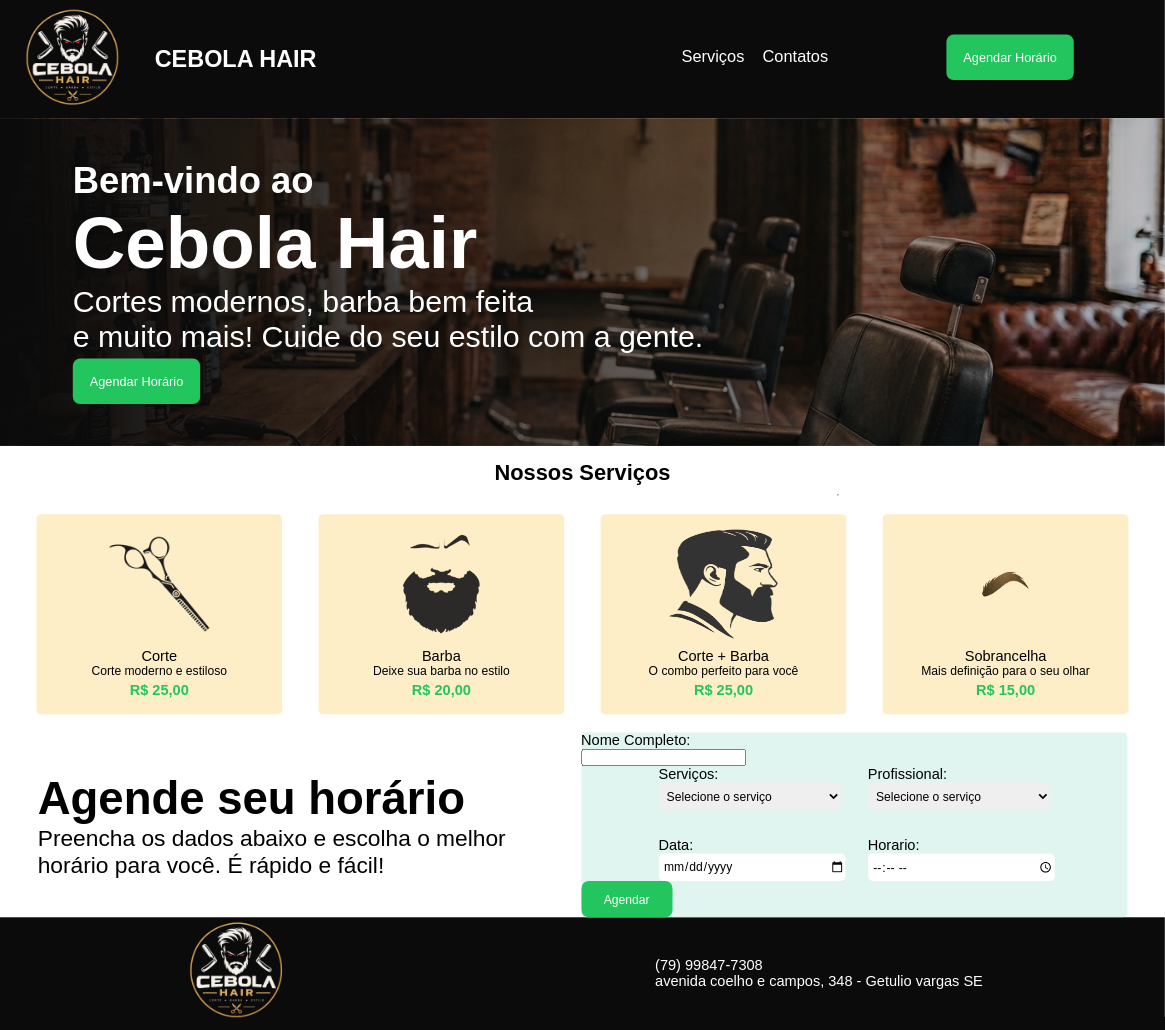
Repository: antonymsantana-design/final.activitie1
Page: index.html
An editor plug-in stored every save of this project. The page is shown before and after a run of saves, followed by the edit.
The browser window is 1280 px wide. The pictures show the whole page, at 91% of full size.

Above is the page before, as saved 2026-09-15 19:48:16.

### index.html
<!doctype html>
<html lang="pt-br">
  <head>
    <meta charset="UTF-8" />
    <meta name="viewport" content="width=device-width, initial-scale=1.0" />
    <title>Cebola Hair</title>
    <link rel="stylesheet" href="style.css" />
    <script src="../final.activitie1/script.js" defer></script>
  </head>
  <header>
    <div class="conteudoH" id="conteudoH">
      <div class="imagem" id="imagem">
        <img
          src="image/logoC.png"
          alt="logo"
          class="logoIMG"
          id="logoIMG"
        />
        <h3 class="logoH">CEBOLA HAIR</h3>
      </div>
      <div class="direitaH">
        <div class="links" id="links">
          <a href="#" class="aLinks">Serviços</a>
          <a href="#" class="aLinks">Contatos</a>
        </div>
        <div class="btnDiv" id="btnDiv">
          <button class="btn" id="btn">
            <div class="btnTxt" id="btnTxt">
              <p>Agendar Horário</p>
            </div>
          </button>
        </div>
      </div>
    </div>
  </header>

  <body>
    <div class="conteudo">
      <div class="texto">
        <h4>Bem-vindo ao</h4>
        <h1>Cebola Hair</h1>
        <small
          >Cortes modernos, barba bem feita <br />
          e muito mais! Cuide do seu estilo com a gente.</small
        >
        <button class="btn" id="btn">
          <div class="btnTxt" id="btnTxt">
            <p>Agendar Horário</p>
          </div>
        </button>
      </div>
    </div>

    <h2 class="Our">Nossos Serviços</h2>
    <hr />

    <div class="cards">
      <div class="card">
        <img src="image/corte.webp" alt="tisora" class="icone" />
        <p>Corte</p>
        <small>Corte moderno e estiloso</small>
        <h4>R$ 25,00</h4>
      </div>
      <div class="card">
        <img src="image/barba(png).png" alt="tisora" class="icone" />
        <p>Barba</p>
        <small>Deixe sua barba no estilo</small>
        <h4>R$ 20,00</h4>
      </div>
      <div class="card">
        <img src="image/barba+corte(png).png" alt="tisora" class="icone" />
        <p>Corte + Barba</p>
        <small>O combo perfeito para você</small>
        <h4>R$ 25,00</h4>
      </div>
      <div class="card">
        <img
          src="image/Design sem nome.png"
          alt="tisora"
          class="icone"
        />
        <p>Sobrancelha</p>
        <small>Mais definição para o seu olhar</small>
        <h4>R$ 15,00</h4>
      </div>
    </div>

    <div class="agendar" id="agendar">
      <div class="esq">
        <h1>Agende seu horário</h1>
        <p>
          Preencha os dados abaixo e escolha o melhor <br />
          horário para você. É rápido e fácil!
        </p>
      </div>

      <div class="form">
        <label for="nome">Nome Completo:</label><br/>
        <input type="text" name="nome" id="nome" /><br/>

         <div class="quadrado">
        <div class="1">
          <label for="serv">Serviços:</label>
          <select name="serv" id="serv" class="formu">
            <option value="">Selecione o serviço</option>
            <option value="corte">Corte</option>
            <option value="barba">Barba</option>
            <option value="cort+barba">Corte + Barba</option>
            <option value="sobrancelha">Sobrancelha</option>
          </select>
          </div>

          <div class="2">
            <label for="prof">Profissional:</label>
            <select name="prof" id="prof" class="formu">
              <option value="">Selecione o serviço</option>
              <option value="cebola">Cebola</option>
            </select>
            </div>
            <div class="3">
              <label for="data">Data:</label> <br>
              <input type="date" name="data" id="data" class="formu"/>
            </div>
            <div class="4">
              <label for="hora">Horario:</label> <br>
              <input type="time" name="hora" id="hora" class="formu"/>
            </div>
          </div>
           <button type="button" class="agendarbtn">Agendar</button>
          </div>
      </div>
    </div>
  </body>
  <footer>
    <div class="direita">
      <img
        src="image/logoC.png"
        alt="logo"
        class="logoIMG"
        id="logoIMG"
      />
    </div>

    <div class="esquerda">
      <p>(79) 99847-7308</p>
      <p>avenida coelho e campos, 348 - Getulio vargas SE</p>
    </div>
  </footer>
</html>

### style.css
* {
    padding: 0px;
    margin: 0px;
    font-family: Arial, Helvetica, sans-serif;
}

header {
    background-color: #0B0B0B;
    height: 130px;
}

small {
    padding-bottom: 5px;
}

.conteudoH {
    display: flex;
    justify-content: space-between;
    padding-right: 100px;
    align-items: center;
}

.imagem {
    margin-left: 20px;
    margin-top: 5px;
    display: flex;
    justify-content: center;
    align-items: center;
    gap: 30px;
    font-weight: 600;
    font-size: 22px;
}

.logoIMG {
    width: 120px;
    height: 120px;
    cursor: pointer;
}

.logoH {
    color: white;

}

.links {
    display: flex;
    gap: 20px;
    justify-content: center;
    padding-right: 130px;
    font-size: 18px;
}

.links a {
    text-decoration: none;
    color: white;
    transition: 0.5s ease;
}

.aLinks:hover {
    transform: translateY(-5px);
    box-shadow: 0 4px 10px rgba(0, 0, 0, 0.15);
    background-color: #F0C56A;
    color: #F5F5F5;
    border-radius: 5px;
    width: 120px;
    height: 30px;
    display: flex;
    justify-content: center;
    align-items: center;
}

.btnDiv {
    display: flex;
}

.btn {
    display: flex;
    justify-content: center;
    width: 140px;
    height: 50px;
    background-color: #22C55E;
    border: none;
    color: white;
    align-items: center;
    border-radius: 8px;
    transition: 0.3s ease;
    cursor: pointer;
    font-size: 14px;
}

.btn:hover {
    transform: translateY(-5px);
    box-shadow: 0 8px 15px rgba(0, 0, 0, 0.4);
}

.direitaH {
    display: flex;
    justify-content: center;
    align-items: center;
}

.conteudo {
    background-image: url(image/Gemini_Generated_Image_hbetqjhbetqjhbet.jpg);
    background-repeat: no-repeat;
    background-size: cover;
    background-position: center;
    height: 50vh;
    color: white;
}

.texto {
    padding-left: 80px;
    font-size: 40px;
    display: flex;
    flex-direction: column;
    justify-content: center;
    height: 50vh;
    background: linear-gradient(to right, #0B0B0B, #15151531);

}

.card {
    background-color: #FDEEC7;
    width: 270px;
    height: 220px;
    display: flex;
    flex-direction: column;
    justify-content: center;
    align-items: center;
    border-radius: 5px;
}

.cards {
    display: flex;
    justify-content: center;
    gap: 40px;
    padding-top: 20px;
    padding-bottom: 20px;
}

.card h4 {
    color: #22C55E;
}

.icone {
    width: 120px;
    height: 120px;
    padding-bottom: 10px;
}

.Our {
    padding-top: 15px;
    text-align: center;
    padding-bottom: 10px;
}

hr {
    color: #22C55E;
    text-align: center;
    margin-left: 920px;
    margin-right: 920px;
}

.agendar{
    display: flex;
    justify-content: space-around;
    align-items: center;
}

.form{
    background-color: rgba(201, 238, 227, 0.568);
    width: 600px;
    border-radius: 5px;
}
.quadrado{
    display: grid;
    justify-content: center;
    grid-template-columns: repeat(2, 200px);
    gap: 30px;
}

.esq {
    font-size: 25px;
}

footer{
    display: flex;
    justify-content: space-around;
    align-items: center;
    background-color: #0B0B0B;
    color: white;
}

.formu{
    width: 200px;
    height: 30px;
    border-radius: 5px;
    border: none;
    padding-left: 5px;
}

.agendarbtn{
    display: flex;
    justify-content: center;
    align-items: center;
    width: 100px;
    height: 40px;
    background-color: #22C55E;
    border: none;
    color: white;
    border-radius: 8px;
    transition: 0.3s ease;
    cursor: pointer;
}

.agendarbtn:hover {
    transform: translateY(-5px);
}

Loaded but not shown: script.js (no copy from this time; the picture is the same without it)

After the next 2 saves:
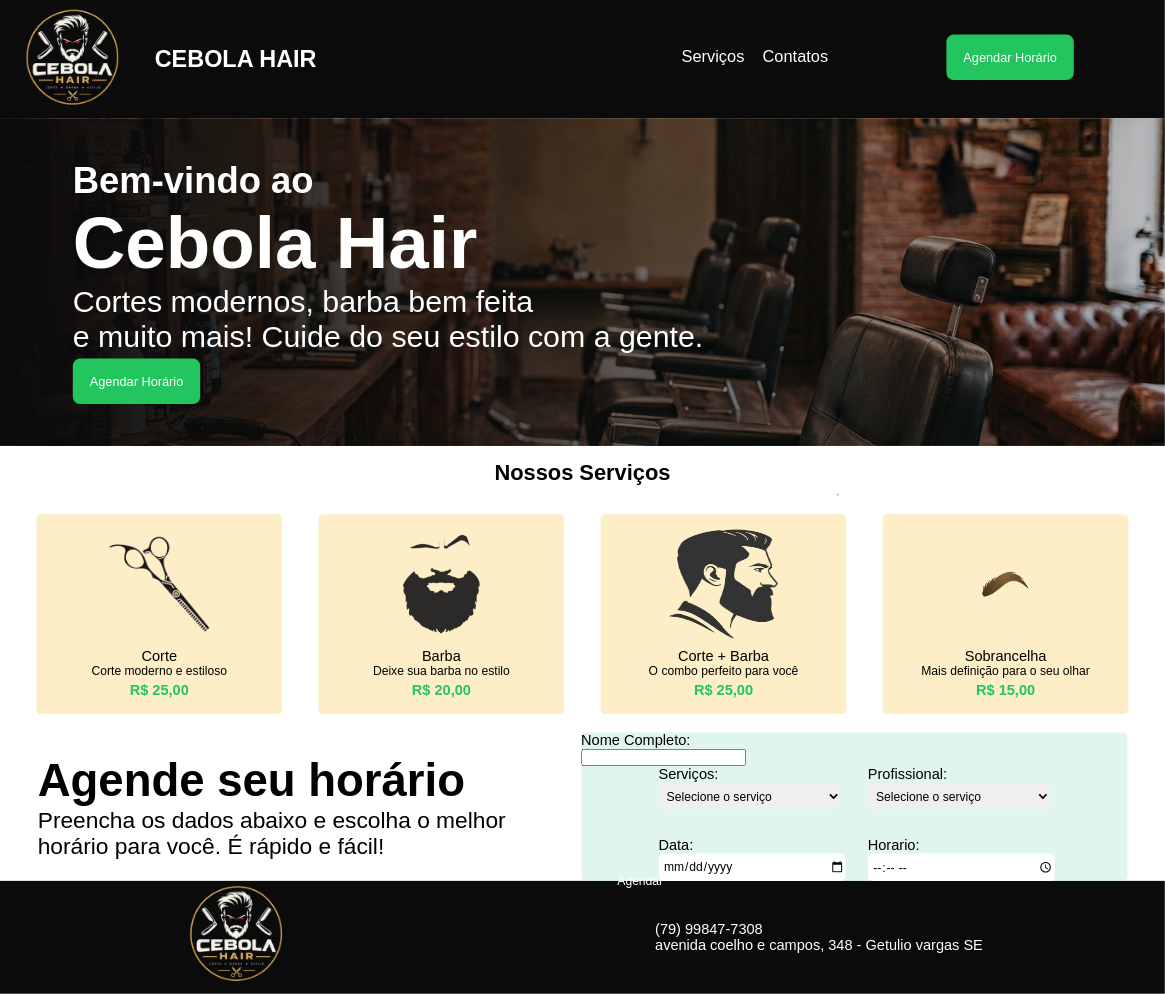
The 2 saves are shown as one change because they came seconds apart.
The last was saved 12 s later.
--- a/style.css
+++ b/style.css
@@ -203,8 +203,8 @@ footer{
     display: flex;
     justify-content: center;
     align-items: center;
-    width: 100px;
-    height: 40px;
+    width: 130px;
+    height: 0px;
     background-color: #22C55E;
     border: none;
     color: white;
